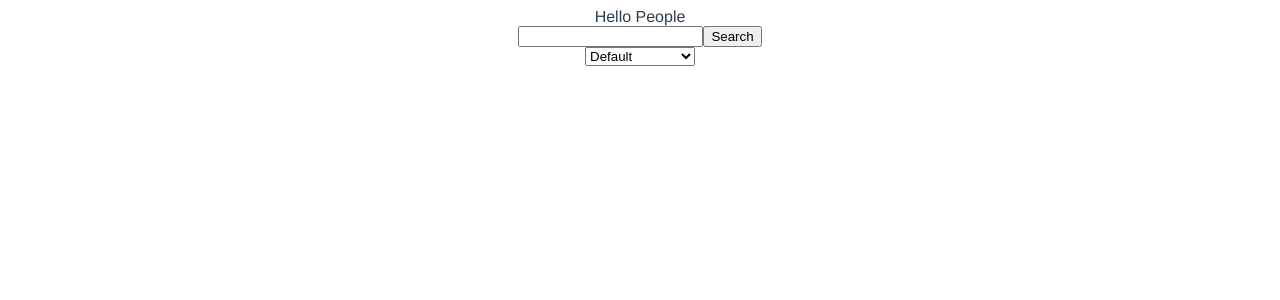
Repository: nilesjamex/vue2
Page: /
These files come from the project's save history. The page is drawn as it stood at one moment and after the next save; the edit follows.
The browser window is 1280 px wide. The pictures show the whole page.
The page's requests for data from a server got no answer. The project was rebuilt for these pictures with package versions that can differ from the ones it lists, and the page was loaded fresh each time. No one was signed in, and anything a server would have sent is missing. Also part of the build but not shown: src/views/details.vue.

Above is the page before, as saved 2022-02-04 23:57:04.

### src/App.vue
<template>
  <router-view/>
</template>

<style>
#app {
  font-family: Avenir, Helvetica, Arial, sans-serif;
  -webkit-font-smoothing: antialiased;
  -moz-osx-font-smoothing: grayscale;
  text-align: center;
  color: #2c3e50;
  margin: 0;
  padding: 0;
  box-sizing: border-box;
}

#nav a {
  font-weight: bold;
  color: #2c3e50;
}

#nav a.router-link-exact-active {
  color: #42b983;
}
</style>

### src/router/index.js
import { createRouter, createWebHistory } from 'vue-router'
import Home from '../views/Home.vue'
import Details from '../views/details.vue'

const routes = [
  {
    path: '/',
    name: 'Home',
    component: Home
  },
   {
    path: '/details/:id',
    name: 'Details',
    component: Details,
    props: true
  }
]

const router = createRouter({
  history: createWebHistory(process.env.BASE_URL),
  routes
})

export default router

### src/views/Home.vue
<template>
<div class="overlay" ref="overlay">
</div>
  <div class="home">
   Hello People

  <form @submit.prevent="handleSearch">
    <input type="text" name="search" v-model="search" />
    <button type="submit">Search</button>
  </form>
  <select name="" id="select">
    <option @click="handleDefault" value="default">Default</option>
    <option @click="handleBreakingBad" value="Breaking Bad">Breaking Bad</option>
    <option @click="handleBetterCallSaul" value="Better Call Saul">Better call saul</option>
  </select>
   <div class="charlist">
  <div class="gridlist" v-for="char in chars" :key="char.id">
    <div>
      <div class="subgrid">
        <img class="img" :src="char.img" alt="alt">
        <p> {{ char.name }} </p>
        <router-link :to="{ name: `Details`, params: {id: char.char_id} }">
        <button> more</button>
        </router-link>
      </div>
      </div>
    </div>
  </div>
   </div>
</template>

<script>
import {gsap} from 'gsap'
import {watch} from 'vue'
export default {
  name: 'Home',
  components: {

  },
  data() {
    return {
      url: 'https://www.breakingbadapi.com/api/characters?limit=10&offset=10',
      search: "",
      class: "",
      chars: []
    }
  },
  methods: {
    handleSearch() {
      this.url = `https://www.breakingbadapi.com/api/characters?name=${this.search}`
      },
    handleDefault() {
      this.url = 'https://www.breakingbadapi.com/api/characters?limit=10&offset=10'
      console.log(this.url)
      },
      handleBreakingBad() {
      this.url = 'https://www.breakingbadapi.com/api/characters?category=Breaking+Bad'
      },
      handleBetterCallSaul() {
      this.url = 'https://www.breakingbadapi.com/api/characters?category=Better+Call+Saul'
      },
    getData() {
       fetch(this.url)
          .then(res =>
              res.json()
          )
          .then(data => {
            this.chars = data
            console.log(this.chars)
          })
    }
  },
   mounted() {
          this.getData()
          },
   updated() {
      console.log(this.url)
    //  this.getData()
   }
}
</script>

<style scoped>

.charlist {
  display: grid;
  grid-template-columns: repeat(3, 1fr);
  text-align: center;
  padding: 20px 7%;
}
.gridlist {
  height: 450px;
  width: 100%;
}
.subgrid {
  background-color: #06394e;
  margin: 1rem;
}
.img {
  object-fit: contain;
  height: 350px;
  width: 100%;
}
</style>

Loaded but not shown: public/index.html (common file); src/main.js (common file)

After the next save:
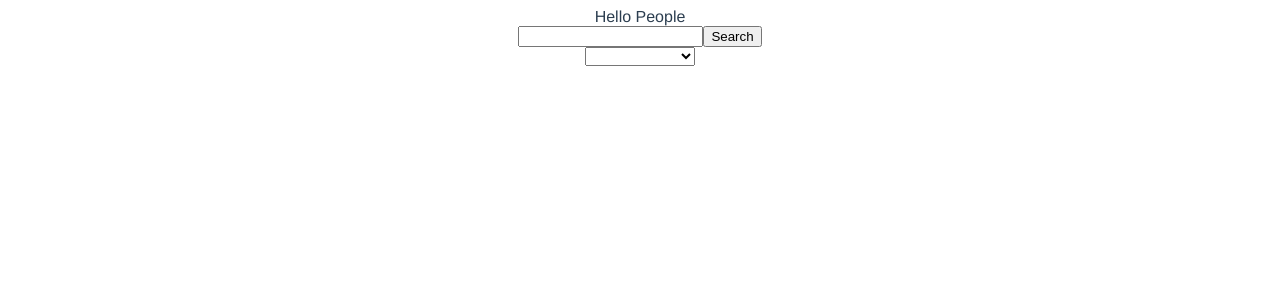
Saved 9 min 9 s later.
--- a/src/views/Home.vue
+++ b/src/views/Home.vue
@@ -8,10 +8,10 @@
     <input type="text" name="search" v-model="search" />
     <button type="submit">Search</button>
   </form>
-  <select name="" id="select">
-    <option @click="handleDefault" value="default">Default</option>
-    <option @click="handleBreakingBad" value="Breaking Bad">Breaking Bad</option>
-    <option @click="handleBetterCallSaul" value="Better Call Saul">Better call saul</option>
+  <select name="" id="select" v-model="select" v-on:change="selectclass">
+    <option value="default">Default</option>
+    <option value="Breaking Bad">Breaking Bad</option>
+    <option value="Better Call Saul">Better call saul</option>
   </select>
    <div class="charlist">
   <div class="gridlist" v-for="char in chars" :key="char.id">
@@ -41,7 +41,7 @@
     return {
       url: 'https://www.breakingbadapi.com/api/characters?limit=10&offset=10',
       search: "",
-      class: "",
+      select: "",
       chars: []
     }
   },
@@ -49,15 +49,8 @@
     handleSearch() {
       this.url = `https://www.breakingbadapi.com/api/characters?name=${this.search}`
       },
-    handleDefault() {
-      this.url = 'https://www.breakingbadapi.com/api/characters?limit=10&offset=10'
-      console.log(this.url)
-      },
-      handleBreakingBad() {
-      this.url = 'https://www.breakingbadapi.com/api/characters?category=Breaking+Bad'
-      },
-      handleBetterCallSaul() {
-      this.url = 'https://www.breakingbadapi.com/api/characters?category=Better+Call+Saul'
+      selectclass() {
+      this.url = `https://www.breakingbadapi.com/api/characters?category=${this.select}`
       },
     getData() {
        fetch(this.url)

After the 2 saves that followed:
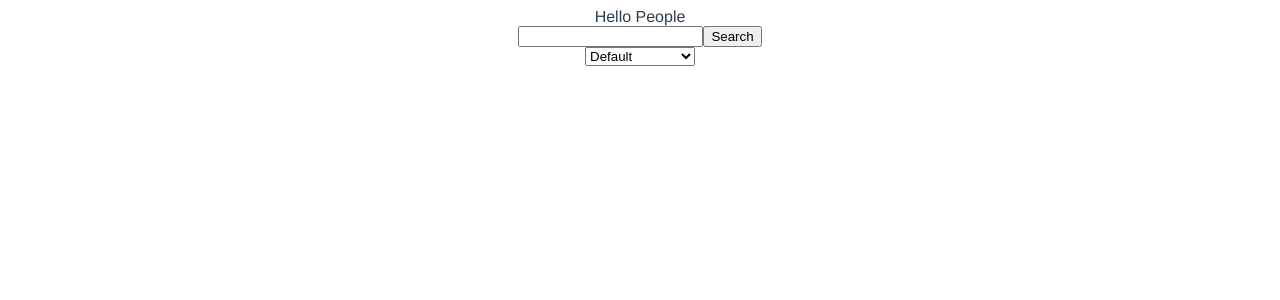
The 2 saves are shown as one change because 1 left the picture as it was.
The last was saved 94 s later.
--- a/src/views/Home.vue
+++ b/src/views/Home.vue
@@ -9,9 +9,9 @@
     <button type="submit">Search</button>
   </form>
   <select name="" id="select" v-model="select" v-on:change="selectclass">
-    <option value="default">Default</option>
-    <option value="Breaking Bad">Breaking Bad</option>
-    <option value="Better Call Saul">Better call saul</option>
+    <option value="">Default</option>
+    <option value="Breaking+Bad">Breaking Bad</option>
+    <option value="Better+Call+Saul">Better call saul</option>
   </select>
    <div class="charlist">
   <div class="gridlist" v-for="char in chars" :key="char.id">
